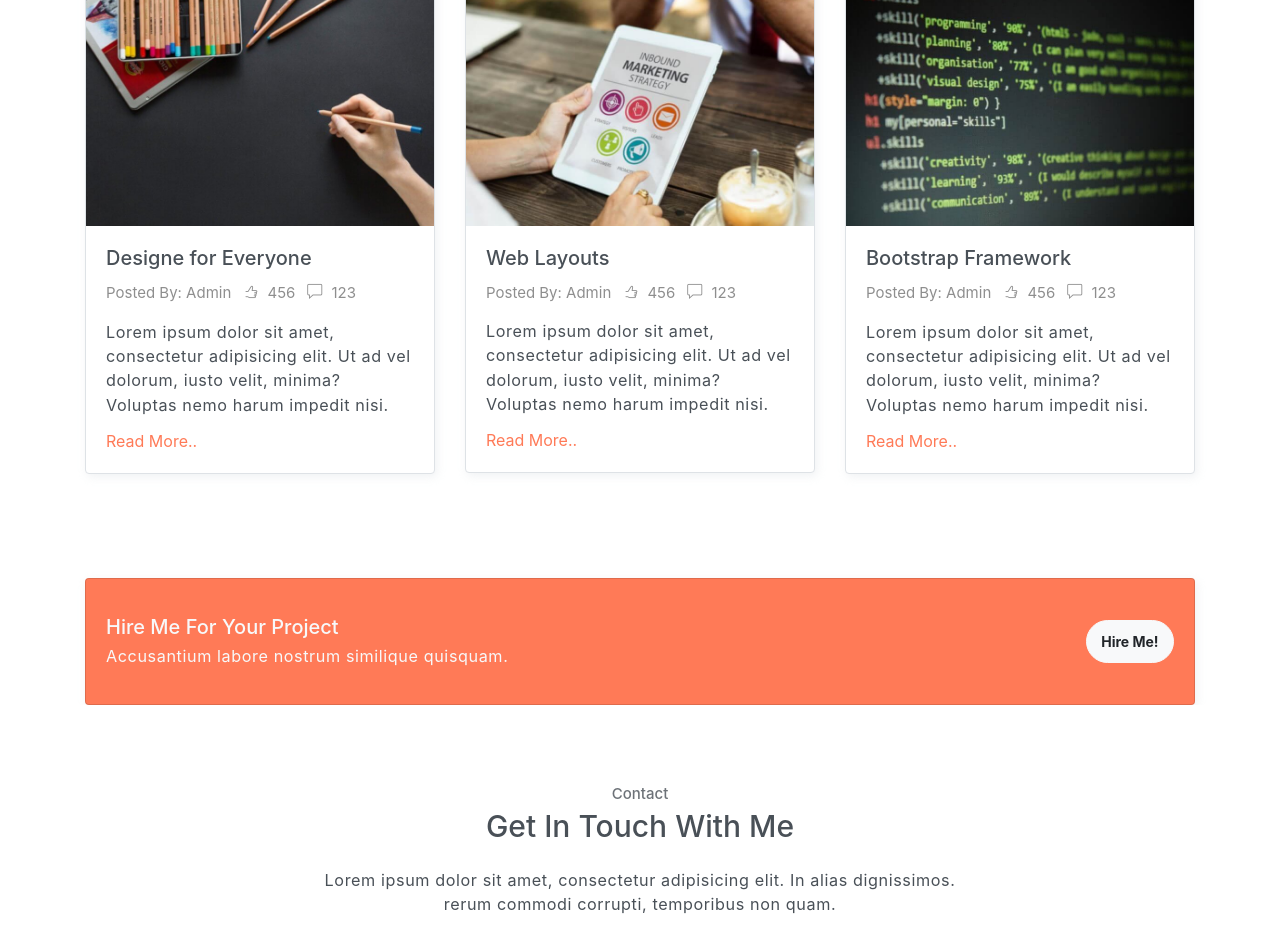
Repository: camilapisano/camilapisano.github.io
Page: index.html
An editor plug-in stored every save of this project. The page is shown before and after the next save, followed by the edit.
The browser window is 1280 px wide. The pictures show the part of the page from y = 2667 to 3619 px (the page is 4473 px tall before and 4618 px after).

Above is the page before, as saved 2023-01-18 14:26:09.

After the next save:
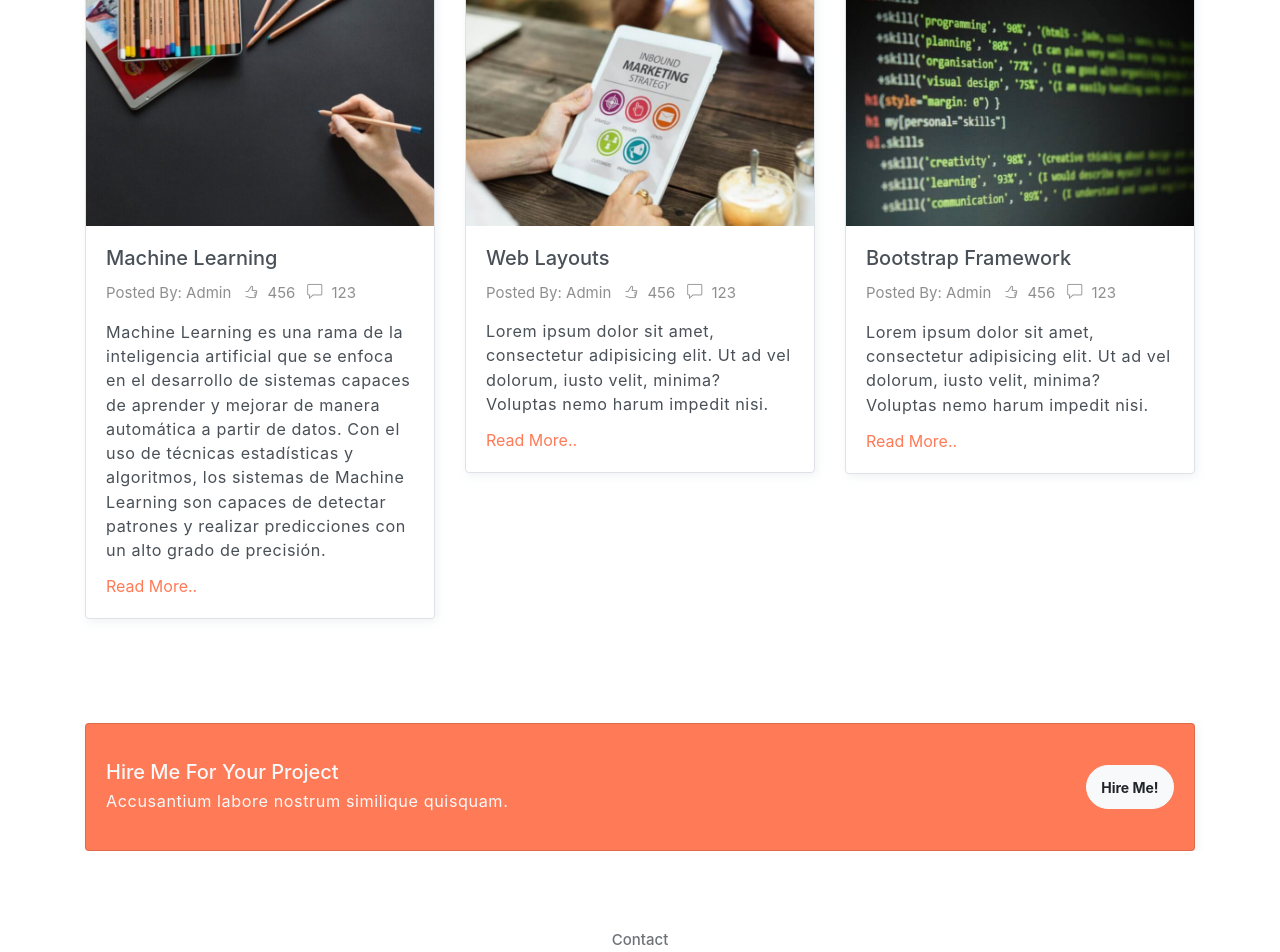
Saved 27 min 38 s later.
--- a/index.html
+++ b/index.html
@@ -208,13 +208,13 @@
                     <div class="card border mb-4">
                         <img src="assets/imgs/blog-1.jpg" alt="" class="card-img-top w-100">
                         <div class="card-body">
-                            <h5 class="card-title">Designe for Everyone</h5>
+                            <h5 class="card-title">Machine Learning</h5>
                             <div class="post-details">
                                 <a href="javascript:void(0)">Posted By: Admin</a>
                                 <a href="javascript:void(0)"><i class="ti-thumb-up"></i> 456</a>
                                 <a href="javascript:void(0)"><i class="ti-comment"></i> 123</a>
                             </div>
-                            <p>Lorem ipsum dolor sit amet, consectetur adipisicing elit. Ut ad vel dolorum, iusto velit, minima? Voluptas nemo harum impedit nisi.</p>
+                            <p>Machine Learning es una rama de la inteligencia artificial que se enfoca en el desarrollo de sistemas capaces de aprender y mejorar de manera automática a partir de datos. Con el uso de técnicas estadísticas y algoritmos, los sistemas de Machine Learning son capaces de detectar patrones y realizar predicciones con un alto grado de precisión. </p>
                             <a href="javascript:void(0)">Read More..</a>
                         </div>
                     </div>
